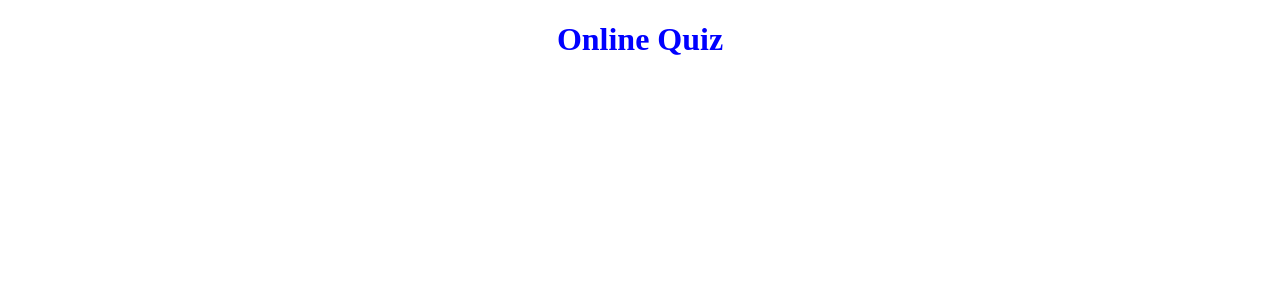
Repository: KaushikVeluruWorld/KaushikJava
Page: Online Quiz Tool/OnlineQuiz/WebContent/header.html
An editor plug-in stored every save of this project. The page is shown before and after the next save, followed by the edit.
The browser window is 1280 px wide. The pictures show the whole page.

Above is the page before, as saved 2014-12-22 09:42:25.

### Online Quiz Tool/OnlineQuiz/WebContent/header.html
<!DOCTYPE html>
<html>
<head>
<meta charset="ISO-8859-1">
<title>Header</title>
</head>
<body>

<h1 style="text-align: center; color: blue; "><b>Online Quiz</b></h1>

</body>
</html>

After the next save:
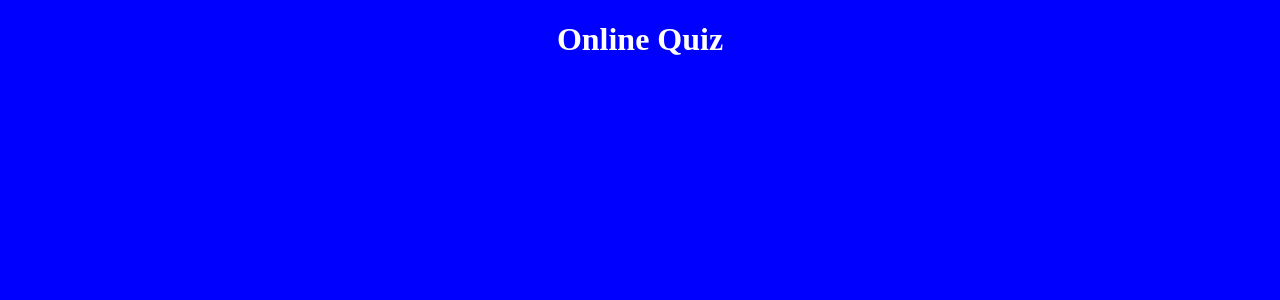
Saved 55 s later.
--- a/Online Quiz Tool/OnlineQuiz/WebContent/header.html
+++ b/Online Quiz Tool/OnlineQuiz/WebContent/header.html
@@ -4,9 +4,9 @@
 <meta charset="ISO-8859-1">
 <title>Header</title>
 </head>
-<body>
+<body bgcolor="blue"">
 
-<h1 style="text-align: center; color: blue; "><b>Online Quiz</b></h1>
+<h1 style="text-align: center; color: white; "><b>Online Quiz</b></h1>
 
 </body>
 </html>
